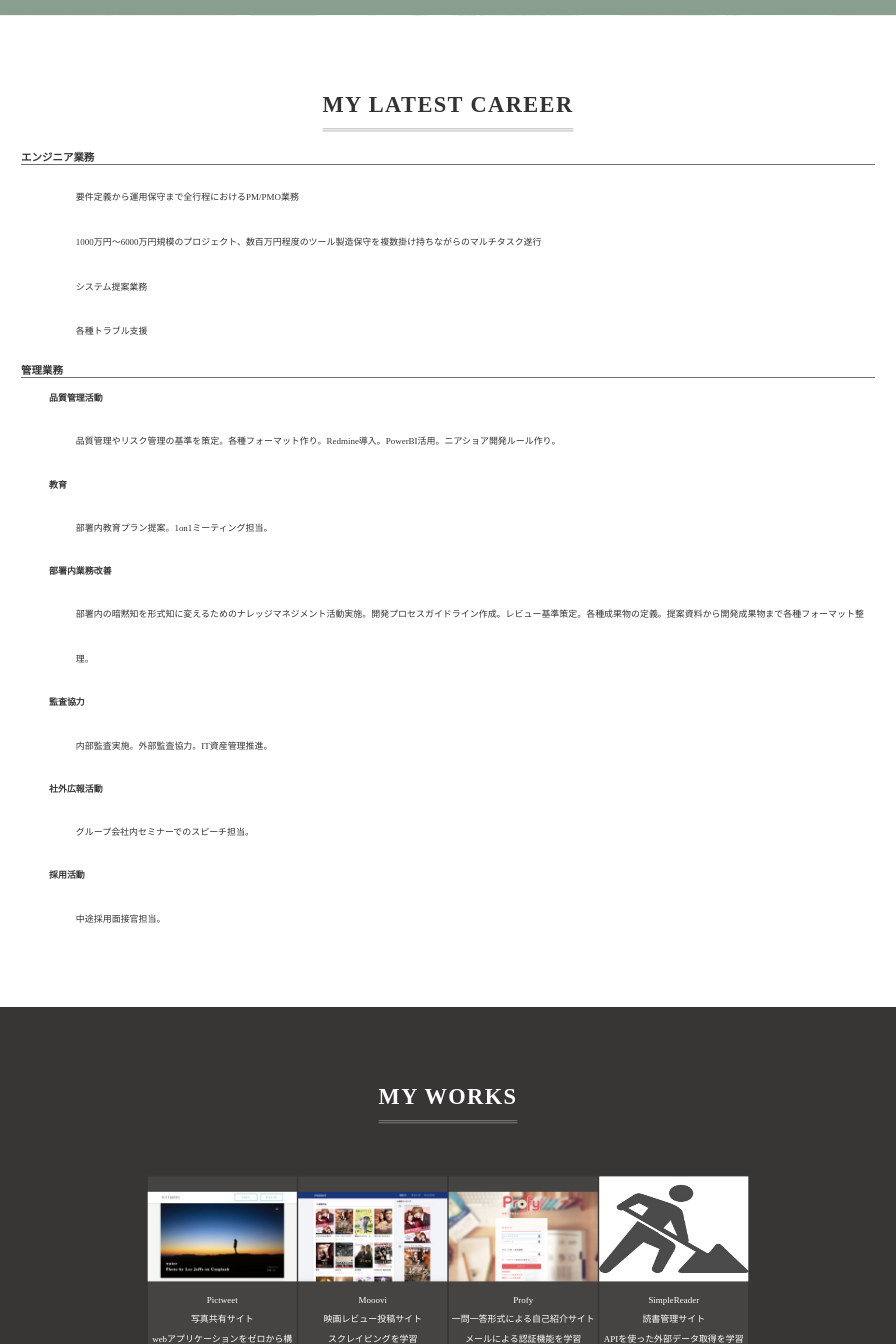
Repository: dackelteckel/myworks
Page: http://localhost/
The author's editor kept a record of every edit. The page is drawn from the files as they stood at one moment, then again after the next edit.
The browser window is 1280 px wide. The pictures show the part of the page from y = 1362 to 3282 px (the page is 3520 px tall before and 2978 px after), at 70% of full size.
Backgrounds fixed to the window are drawn as part of the page. The page is run by PHP 8.4 with error messages shown; the project is at /var/www/html/. Other server files are loaded and not shown.

Above is the page before.

### index.html
<!DOCTYPE html>
<html>

<head>
  <meta charset="UTF-8">
  <title>Who I am...</title>
  <link rel="stylesheet" href="normalize.css">
  <link rel="stylesheet" href="style.css">
  <link rel="stylesheet" href="responsive.css">

  <!--<script type="text/javascript" charset="UTF-8">-->
  <!--  $('#contact-form').submit(function(event){-->
      <!--//submit実行を止める-->
  <!--    event.preventDefault();-->
  <!--    var $form = $(this);-->
  <!--    var $button = $form.find('.send-btn');-->
  <!--    $.ajax({-->
  <!--      url:$form.attr('action'),-->
  <!--      type:$form.attr('method'),-->
  <!--      data: $form.serialize(),-->
        <!--//10秒でタイムアウト-->
  <!--      timeout:10000,-->
        <!--//重複送信を避けるためにボタンを無効化-->
  <!--      beforeSend: function(xhr, settings) {-->
  <!--          $button.attr('disabled', true);-->
  <!--      },-->
        <!--//完了後ボタンを押せるように-->
  <!--      complete: function(xhr, textStatus) {-->
  <!--          $button.attr('disabled', false);-->
  <!--      }-->
  <!--    }).done(function(data, textStatus, jqXHR){-->
        <!--// 成功時の処理-->
        <!--//フォームを初期化-->
  <!--      $form[0].reset();-->
  <!--      $(".contact-result").text(data);-->
  <!--      $(".contact-result").slideToggle(200);-->
  <!--      $(".contact-result").delay(3000).slideToggle(200);-->
  <!--    }).fail(function(jqXHR, textStatus, errorThrown){-->
        <!--失敗時の処理-->
  <!--      $(".contact-result").text("エラーが発生しました。ステータス：" + jqXHR.status);-->
  <!--      $(".contact-result").slideToggle(200);-->
  <!--      $(".contact-result").delay(3000).slideToggle(200);-->
  <!--    });-->
  <!--  });-->
  <!--</script>-->
</head>

<body>
  <header class="header">
    <p class="site-title-sub">----- my portfolio -----</p>
    <h1 class="site-title">Who I am...</h1>
    <p class="site-description">check out my career and some of my works.</p>
    <div class="buttons">
      <a class="button" href="#reasons">WHAT I'M LOOKING FOR</a>
      <a class="button" href="#career">LATEST CAREER</a>
      <a class="button" href="#works">MY WORKS</a>
      <!--<a class="button button-orange" href="#contact">SEND MESSAGE</a>-->
      <a class="button button-orange" href="mailto:nrkktok@gmail.com">Drop Me a LINE</a>
    </div>
  </header>

  <section class="reasons" id="reasons">
    <h2 class="heading">3 REASONS WHY I'M LOOKING FOR A NEW JOB</h2>
    <dev class="reasons-text">
<!--第一の基準は、学べることが多い仕事をすることでした。-->
<!--その仕事をすることで、長期的に自分を成長させることができるのか、ということです。-->
<!--第二の基準は、仕事以外の優先事項にも取り組めることでした。-->
<!--知的な活動や充実したプライベート、自由な暮らしを続けられるのか、ということです。-->
<!--そして第三の基準は、自分が幸福になれる仕事をすることでした。-->
<!--不満を抱えながら、いい仕事をすることはできないと考えています-->
      <h3>職場環境</h3>
      <ul>
        <li>
          同僚同士お互いを尊重し、協力しあうことができる健やかな組織で働きたいと考えています。
        </li>
      </ul>
      <h3>学び</h3>
      <ul>
        <li>
          <p>
            長年PM業務に携わってきており、チームメンバーが成果を出すためのサポートをするPM業務にはやりがいを感じています。
          </p>
          <p>
            現職では金融機関で使われる小中規模システム開発を行っていますが、
            残念ながら業務知識不要・レガシー技術メインのツール開発が殆どであることから、
            現在の仕事を続けることで長期的に自分を成長させることができるのか、疑問を持つようになってきました。
          </p>
          <p>
          「この疑問を解消し、少しでもIT業務で価値ある存在でありたい」という気持ちと、
          「チームをリードする業務を行っている中でも現在に通用する技術・PG知識は必要」という考えから、
          2019年12月よりWebアプリケーション作りを行うスクールに通い始めました。
          </p>
          <p>
            成果物を<a href="#works">MY WORKS</a>で公開していますので、よろしければ御覧ください。
            Webアプリケーション開発における現在の私のPG能力・知識レベルを知って頂く目安にはなると思います。
          </p>
        </li>
      </ul>
      <h3>ライフワークバランス</h3>
      <ul>
        <li>
          <p>
            知的な活動や充実したプライベートを送ることで、良い仕事、社会貢献をすることができると考えています。
          「勉強する時間」「運動する体力」「健康的な食事」を大事にすることができる環境に身を置きたいと考えています。
          </p>
        </li>
      </ul>
    </dev>
  </section>

  <section class="career" id="career">
    <h2 class="heading">MY LATEST CAREER</h2>
    <dev class="career-text">
      <h3>エンジニア業務</h3>
      <ul>
        <li>要件定義から運用保守まで全行程におけるPM/PMO業務</li>
        <li>1000万円〜6000万円規模のプロジェクト、数百万円程度のツール製造保守を複数掛け持ちながらのマルチタスク遂行</li>
        <Li>システム提案業務</Li>
        <Li>各種トラブル支援</Li>
      </ul>
      <h3>管理業務</h3>
      <ul>
        <h4>品質管理活動</h4>
        <li>品質管理やリスク管理の基準を策定。各種フォーマット作り。Redmine導入。PowerBI活用。ニアショア開発ルール作り。</li>
        <h4>教育</h4>
        <li>部署内教育プラン提案。1on1ミーティング担当。</li>
        <h4>部署内業務改善</h4>
        <li>部署内の暗黙知を形式知に変えるためのナレッジマネジメント活動実施。開発プロセスガイドライン作成。レビュー基準策定。各種成果物の定義。提案資料から開発成果物まで各種フォーマット整理。</li>
        <h4>監査協力</h4>
        <li>内部監査実施。外部監査協力。IT資産管理推進。</li>
        <h4>社外広報活動</h4>
        <li>グループ会社内セミナーでのスピーチ担当。</li>
        <h4>採用活動</h4>
        <li>中途採用面接官担当。</li>
      </ul>
    </dev>
  </section>

  <section class="works" id="works">
    <h2 class="heading">MY WORKS</h2>
    <div class="works-wrapper">
      <div class="work-box">
        <a href="https://dackelteckelpictweet.herokuapp.com/" target="_blank" rel="noopener noreferrer"><img class="work-image" src="images/pictweet.jpg"></a>
        <div class="work-description">
          <p>Pictweet<p>
          <p>写真共有サイト</p>
          <p>webアプリケーションをゼロから構築</p>
        </div>
      </div>

      <div class="work-box">
        <a href="https://dackelteckelmooovi.herokuapp.com/" target="_blank" rel="noopener noreferrer"><img class="work-image" src="images/mooovi.jpg"></a>
        <div class="work-description">
          <p>Mooovi<p>
          <p>映画レビュー投稿サイト</p>
          <p>スクレイピングを学習</p>
        </div>
      </div>

      <div class="work-box">
        <a href="https://dackelteckelprofy.herokuapp.com/" target="_blank" rel="noopener noreferrer"><img class="work-image" src="images/profy.jpg"></a>
        <div class="work-description">
          <p>Profy<p>
          <p>一問一答形式による自己紹介サイト</p>
          <p>メールによる認証機能を学習</p>
        </div>
      </div>
      <div class="work-box">
        <!--<img class="work-image" src="images/wip.jpeg" height="50" width="50">-->
        <img class="work-image" src="images/wip.jpeg" width="10" height="150">
        <div class="work-description">
          <p>SimpleReader<p>
          <p>読書管理サイト</p>
          <p>APIを使った外部データ取得を学習</p>
        </div>
      </div>
    </div>
    <p>新規ユーザー登録はお気軽に。</p>
    <p>既存ユーザーID：test@test.com</p>
    <p>既存ユーザーPWD：password</p>
  </section>

  <!--<section class="contact" id="contact">-->
    <!--<h2 class="heading">DROP ME A LINE</h2>-->
    <!--<form class="contact-form" id="contact-form" action="contact.php" method="post">-->
    <!--  <input type="text" name="name" placeholder="NAME" required>-->
    <!--  <input type="email" name="email" placeholder="E-MAIL ADDRESS" required>-->
    <!--  <textarea name="message" placeholder="MESSAGE"></textarea>-->
    <!--  <textarea type="text" name="message" placeholder="MESSAGE" required></textarea>-->
    <!--  <input type="submit" value="SEND" class="send-btn" id="submit">-->
    <!--  <input type="submit" value="SEND" class="send-btn" id="submit">-->
    <!--</form>-->
  <!--</section>-->
</body>
</html>

### style.css
* {
  box-sizing: border-box;
  list-style: none;
}

body {
  color: #fff;
  text-align: center;
  font-size: 0.8rem;
  background: url('images/bg.jpg') fixed;
  background-size: cover;
}

.header {
  padding: 170px 30px 80px;
  /*height: 100vh;*/
  background-color: rgba(0, 0, 128, 0.8);
}

.site-title-sub {
  margin: 0 0 30px;
  color: #888;
  letter-spacing: 1px;
  font-size: 1.2rem;
}

.site-title {
  margin: 50px;
  font-size: 3.5rem;
}

.site-description {
  margin-bottom: 50px;
  color: #888;
  font-size: 1.2rem;
}

.buttons {
  display: flex;
  justify-content: center;
  margin: 0 auto;
}

.button {
  width: 200px;
  padding: 20px;
  margin: 10px;
  border-radius: 4px;
  background-color: #afa58d;
  color: #fff;
  text-decoration: none;
  letter-spacing: 1px;
  font-size: 0.7rem;
}

.button:hover {
  opacity: 0.9;
}

.button-orange {
  background-color: #f1b400;
}

.heading {
  display: inline-block;
  margin: 30px 0 15px;
  padding-bottom: 15px;
  letter-spacing: 2px;
  font-size: 2rem;
  border-bottom: double 4px #999;
}

.reasons {
  /*height: 100vh;*/
  /*background-color: #383634;*/
  background-color: rgb(137, 158, 142);
  padding: 80px 30px;
  /*color: #333;  */
}

.reasons-text {
  text-align: left;
  width: 600px;
  margin: 30px auto;
  line-height: 2.5;
}

.reason-text h3 {
  padding-top: 20px;
}

.note:before {
  content: "*";
}

.career {
  /*height: 100vh;*/
  background-color: #ffffff;
  padding: 80px 30px;
  color: #333;
}

.career-text {
  text-align: left;
  width: 600px;
  margin: 30px auto;
}

.career-text h3 {
  border-bottom: 1px solid #333;
}

.career-text h4 {
  line-height: 2;
}

.career-text li {
  padding-left: 3em;
  line-height: 5;
  vertical-align: text-top;
}

.works {
  height: 100vh;
  background-color: #383634;
  padding: 80px 0 10px;
}

.works-wrapper {
  display: table;
  width: 860px;
  margin: 60px auto 0;
  table-layout: fixed;
}

.work-box {
  display: table-cell;
  background-color: rgba(100, 100, 100, 0.3);
  border: 1px solid #333;
}

.work-image {
  display: block;
  width: 100%;
}

.work-description {
  margin: 20px 0;
  height: 65px;
}

.work-description .button {
  width: 60%;
  margin-top: 20px;
  padding: 3px;
  display: inline-block;
}

.button-ghost {
  border: 2px solid #fff;
  background-color: rgba(255, 255, 255, 0.15);
}

.contact {
  height: 100vh;
  background-color: rgba(0, 0, 128, 0.8);
  padding: 80px 0 150px;
}


.contact-form {
  width: 50%;
  margin: 50px auto 0;
}

.contact-form input[type=text], .contact-form input[type=email], .contact-form textarea {
  display: block;
  width: 100%;
  margin-bottom: 10px;
  padding: 15px;
  outline: none;
  border: 1px solid rgba(255, 255, 255, 0.8);
  border-radius: 0;
  color: #333;
}

.contact-form textarea {
  height: 150px;
}

.contact-form input[type=submit] {
  display: block;
  width: 200px;
  margin: 40px auto 0;
  padding: 15px;
  border: 1px solid rgba(255, 255, 255, 0.8);
  border-radius: 5px;
  background-color: transparent;
  color: #fff;
  cursor: pointer;
}

.contact-form input[type=submit]:hover {
  background-color: rgba(255, 255, 255, 0.05);
}

Loaded but not shown: normalize.css (library); responsive.css (no copy from this time; the picture is the same without it)

After the next edit:
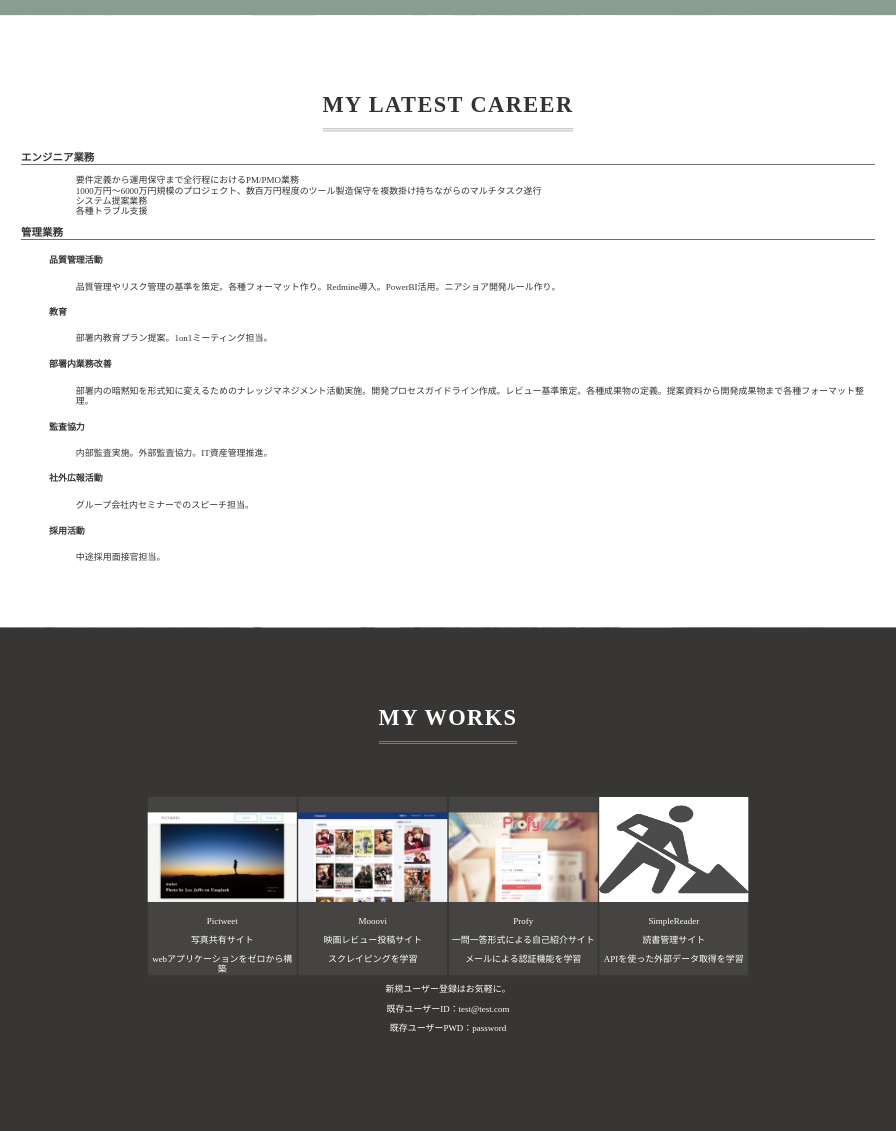
The edit:
--- a/style.css
+++ b/style.css
@@ -116,7 +116,7 @@
 
 .career-text li {
   padding-left: 3em;
-  line-height: 5;
+  /*line-height: 5;*/
   vertical-align: text-top;
 }
 
